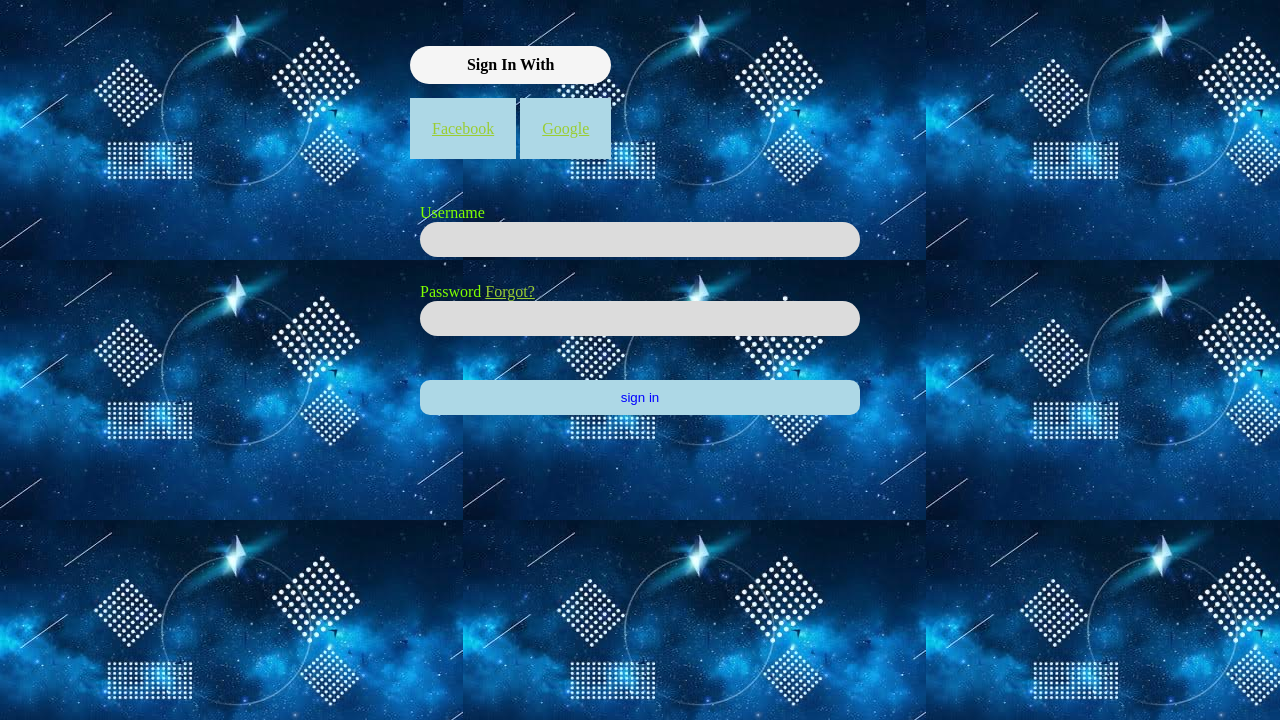
Repository: Tobby004/bdc-assignment-2
Page: index.html
An editor plug-in stored every save of this project. The page is shown before and after the next save, followed by the edit.
The browser window is 1280 px wide. The pictures show the whole page.

Above is the page before, as saved 2023-02-11 08:08:06.

### index.html
<!DOCTYPE html>
<html lang="en">
<head>
    <meta charset="UTF-8">
    <meta http-equiv="X-UA-Compatible" content="IE=edge">
    <meta name="viewport" content="width=<device-width>, initial-scale=1.0">
    <title>Document</title>
    <link rel="stylesheet" href="task.css">
</head>
<body>
    <header>
    <div class="box-container">
        <div class="box1">
        <br>
            <b>
             Sign In With
            </b>
        <br>
        <br>
        <a href="#">
            Facebook</a>
            <a href="#">
                Google
            </a>
        </div>
            </div>
        </header>


        <div class="form-input">
        <div class="form"></div>
        <p>Username
            <br>
            <input type="text" placeholder="" />
        </p>
         <p>Password
            <a href="#">Forgot?</a>
            <br>
            <input type="password" />
         </p>
         <br>
         <button>sign in</button>
        </div>


</body>
</html>

### task.css
*{
    box-sizing:border-box;
}
header{

    display: flex;
    padding: 20px;
    max-width: 500px;
    margin-left: auto;
    margin-right: auto;
    border: none;
}
body{
    background-image: url(image/IMG100.JPG)
}
header b {
    background-color:whitesmoke ;
    display: flex;
    padding: 10px;
    border-radius: 40px;
    margin-right: auto;
    margin-left: auto;
    max-width: 500px;
    justify-content: center;
}
header a {
    display: flexbox;
    padding: 22px;
    background-color: lightblue;
    width: 100%;
    max-width: 100px;
}
.form-input{
    display: block;
    max-width: 500px;
    height: 10px;

    padding: 30px;
    color: chartreuse;
    margin-left: auto;
    margin-right: auto;
}
input {
    background-color: gainsboro;
    display: flexbox;
    padding: 10px;
    width: 100%;
    border: none;
    border-radius: 30px;
    margin-bottom: 10px;
}
button {
    display: block;
    padding: 10px;
    width: 100%;
    border: none;
    color: blue;
    border-radius: 10px;
    background: lightblue;
}
div a {
    color: yellowgreen;
}
footer {
    padding-inline-start: 40px;
    color: chartreuse;
    display: block;
    max-width: 500px;
    justify-content: center
}

After the next save:
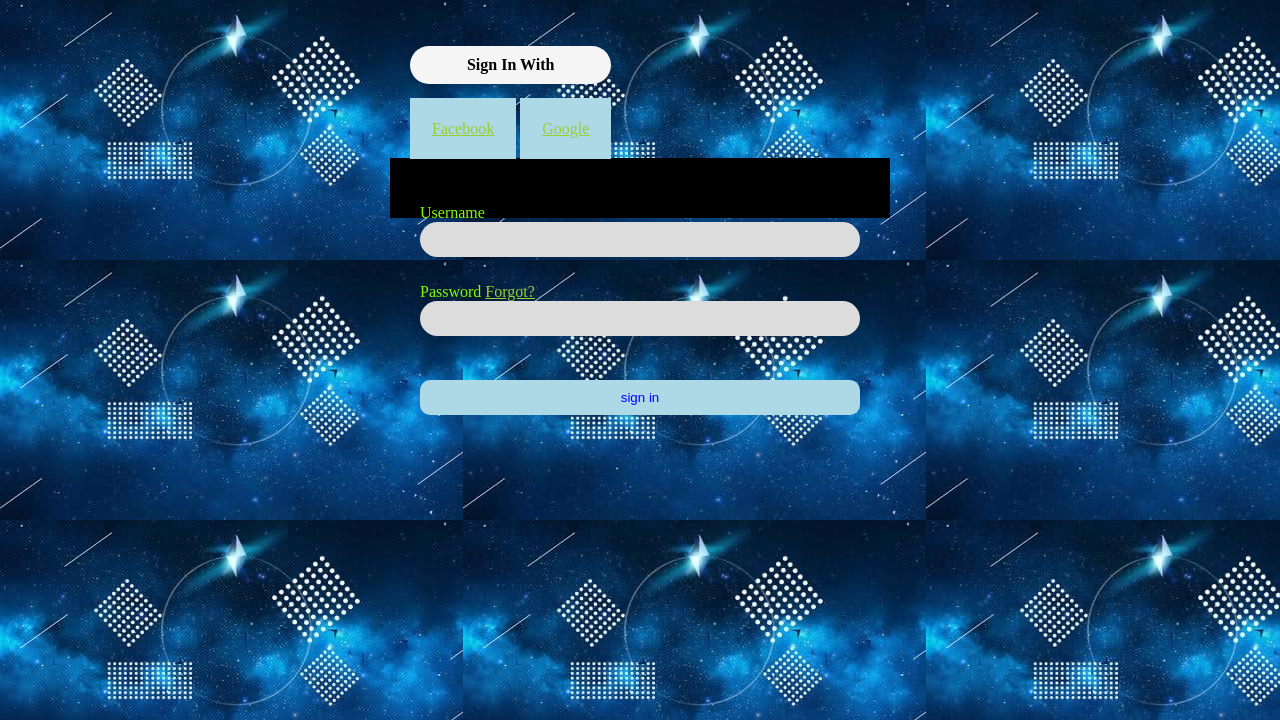
Saved 3 min 6 s later.
--- a/task.css
+++ b/task.css
@@ -34,12 +34,15 @@ header a {
     display: block;
     max-width: 500px;
     height: 10px;
-
     padding: 30px;
+    background-color: black;
+    background-size: 500px;
+    background-repeat: no-repeat;
     color: chartreuse;
     margin-left: auto;
     margin-right: auto;
 }
+
 input {
     background-color: gainsboro;
     display: flexbox;
